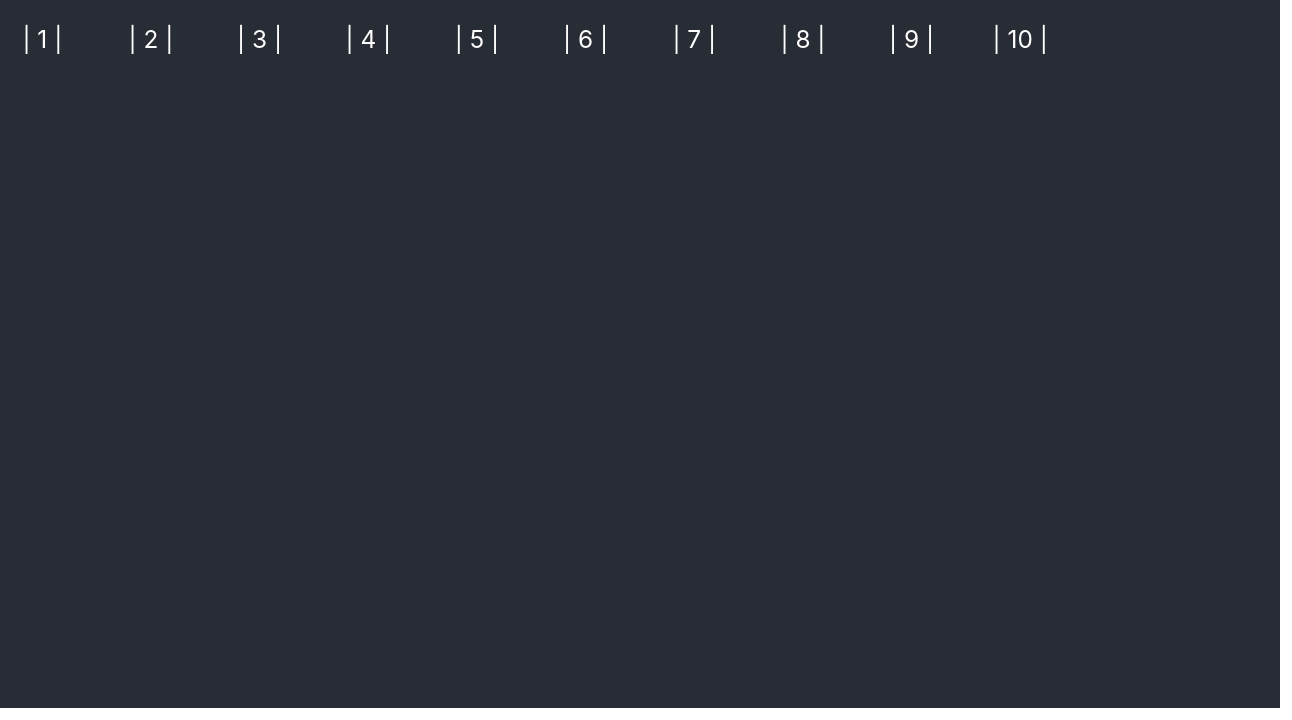
Repository: ghbamorim/megasenaapi
Page: / (app in mega-sena-client/)
These files come from the project's save history. The page is drawn as it stood at one moment and after the next save; the edit follows.
The browser window is 1280 px wide. The page is 1292 px wide, then 1284 px, so the pictures cover 1292 px, including what lies to the right of the window. The pictures show the whole page.
The project was rebuilt for these pictures with package versions that can differ from the ones it lists, and the page was loaded fresh each time.

Above is the page before, as saved 2021-09-12 09:31:32.

After the next save:
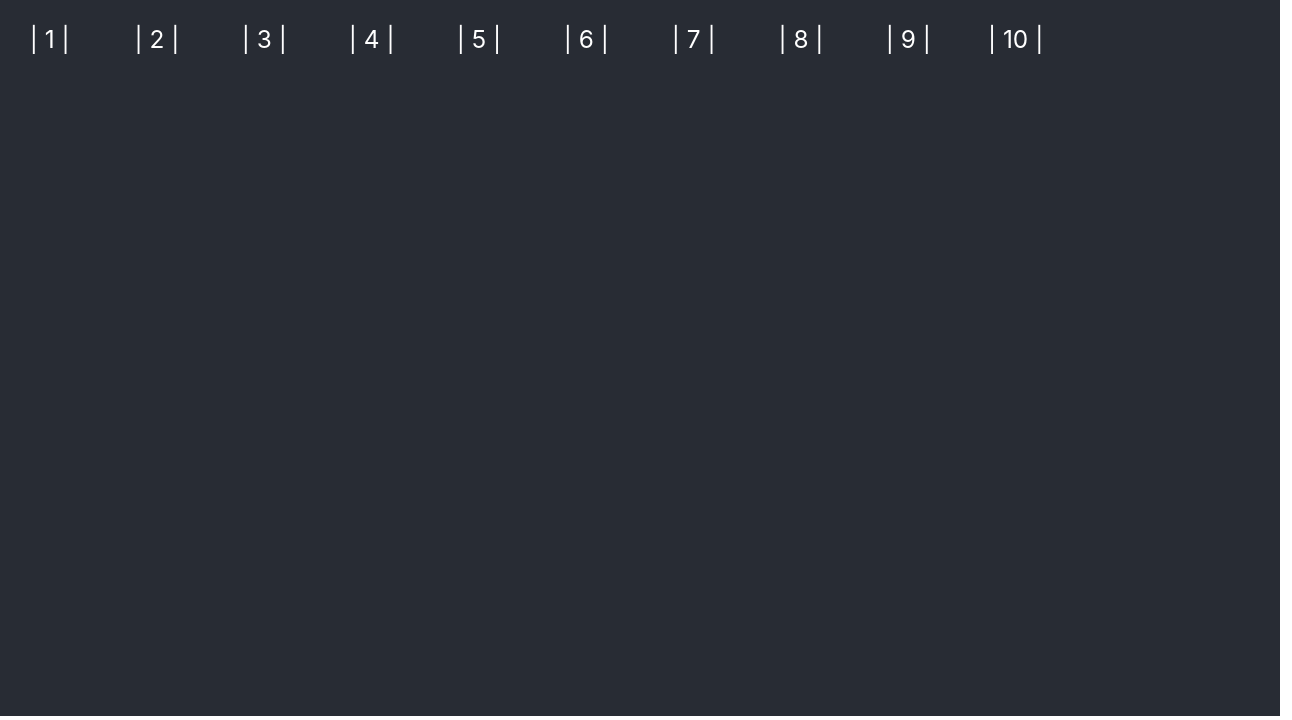
Saved 22 s later.
--- a/mega-sena-client/src/App.tsx
+++ b/mega-sena-client/src/App.tsx
@@ -24,7 +24,7 @@ function App() {
     <div className="App">
       <header className="App-header">
         <div className={classes.root}>
-          <Grid container spacing={3}>
+          <Grid container spacing={1}>
             <Row />
           </Grid>
         </div>
